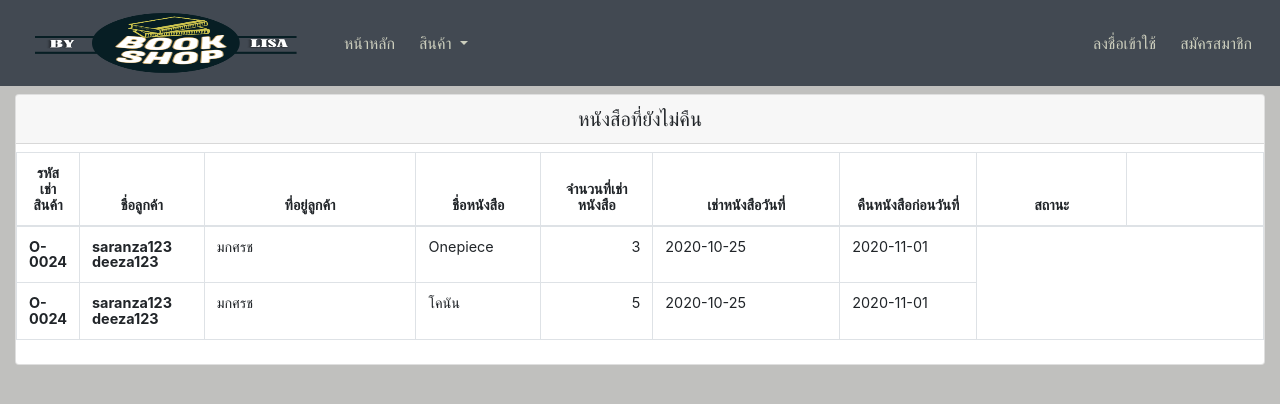
Repository: peawza/shopbook
Page: http://localhost/returnproduct.php?Order_id=24
The author's editor kept a copy of each file at every save. The page is drawn from the files as they stood at one save, then again after the next save.
The browser window is 1280 px wide. The pictures show the whole page.
The page is run by PHP 8.4 with error messages shown; the project is at /var/www/html/. The database holds what the project's SQL file puts in it.

Above is the page before, as saved 2020-10-01 11:15:49.

After the next save:
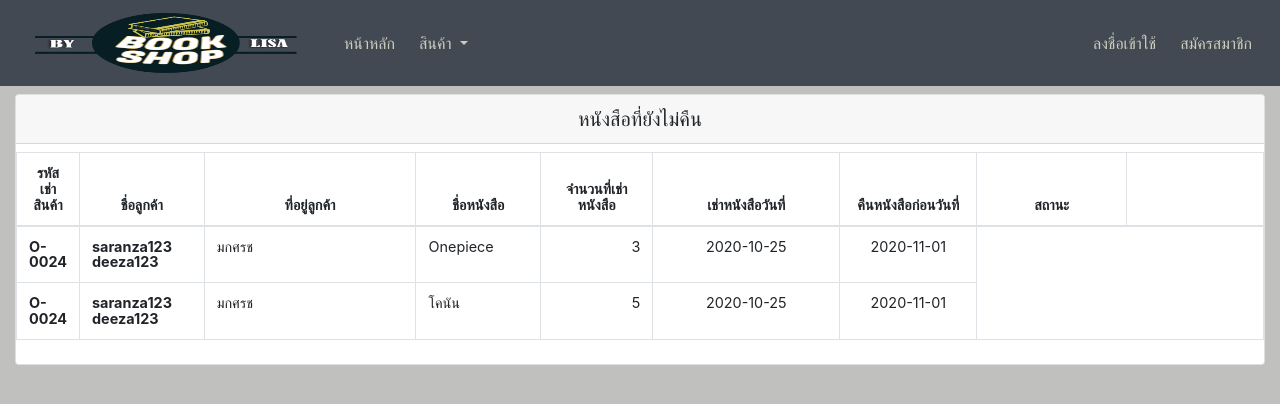
Saved 33 s later.
--- a/returnproduct.php
+++ b/returnproduct.php
@@ -128,8 +128,8 @@
                             <td><?php echo $rowproduct["Order_addressuser"]  ?></td>
                             <td><?php echo $rowproduct["Product_Name"]  ?></td>
                             <td class="text-right"><?php echo $rowproduct["orderrent_amount"]  ?> </td>
-                            <td><?php echo $rowproduct["orderrent_rentdate"]  ?></td>
-                            <td><?php echo $rowproduct["orderrent_returndate"]  ?></td>
+                            <td class="text-center"><?php echo $rowproduct["orderrent_rentdate"]  ?></td>
+                            <td class="text-center"><?php echo $rowproduct["orderrent_returndate"]  ?></td>
                         </tr>
 
 
